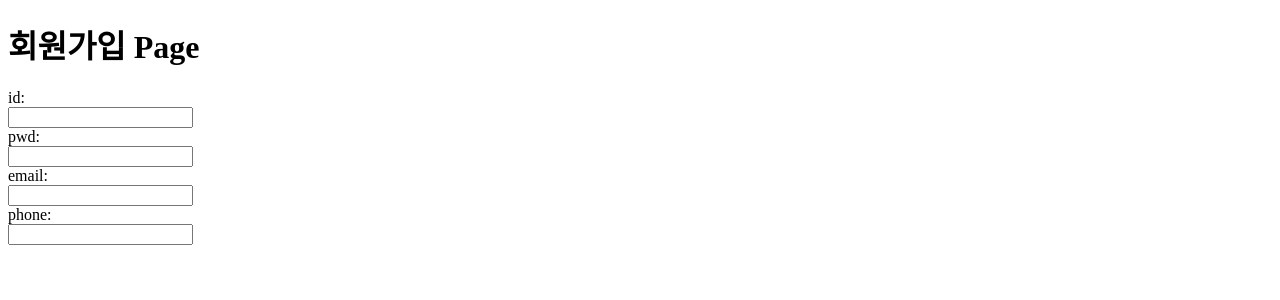
Repository: dtkd19/jsp-jstl_241022
Page: http://localhost/jsp_study/mem/join
The author's editor kept a copy of each file at every save. The page is drawn from the files as they stood at one save, then again after a run of saves.
The browser window is 1280 px wide. The pictures show the whole page.
The page is served by Tomcat 9.

Above is the page before, as saved 2024-10-25 01:54:53.

After the next 2 saves:
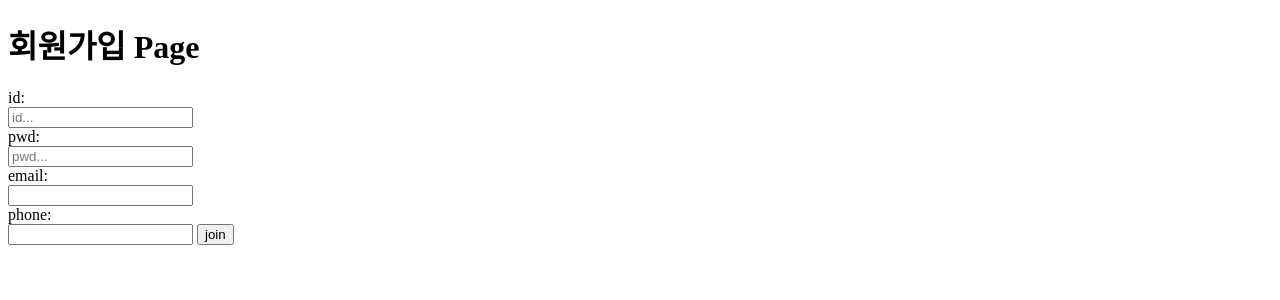
The 2 saves are shown as one change because they came seconds apart.
The last was saved 25 s later.
--- a/jsp_study/src/main/webapp/member/join.jsp
+++ b/jsp_study/src/main/webapp/member/join.jsp
@@ -11,14 +11,14 @@
 
 	<form action="/mem/register">
 	id:<br>
-	<input type="text" name="id"><br>
+	<input type="text" name="id" placeholder="id..."><br>
 	pwd:<br>
-	<input type="password" name="pwd"><br>
+	<input type="password" name="pwd" placeholder="pwd..."><br>
 	email:<br>
 	<input type="text" name="email"><br>
 	phone:<br>
 	<input type="text" name="phone">
-
+	<button type="submit">join</button>
 	</form>
 
 
